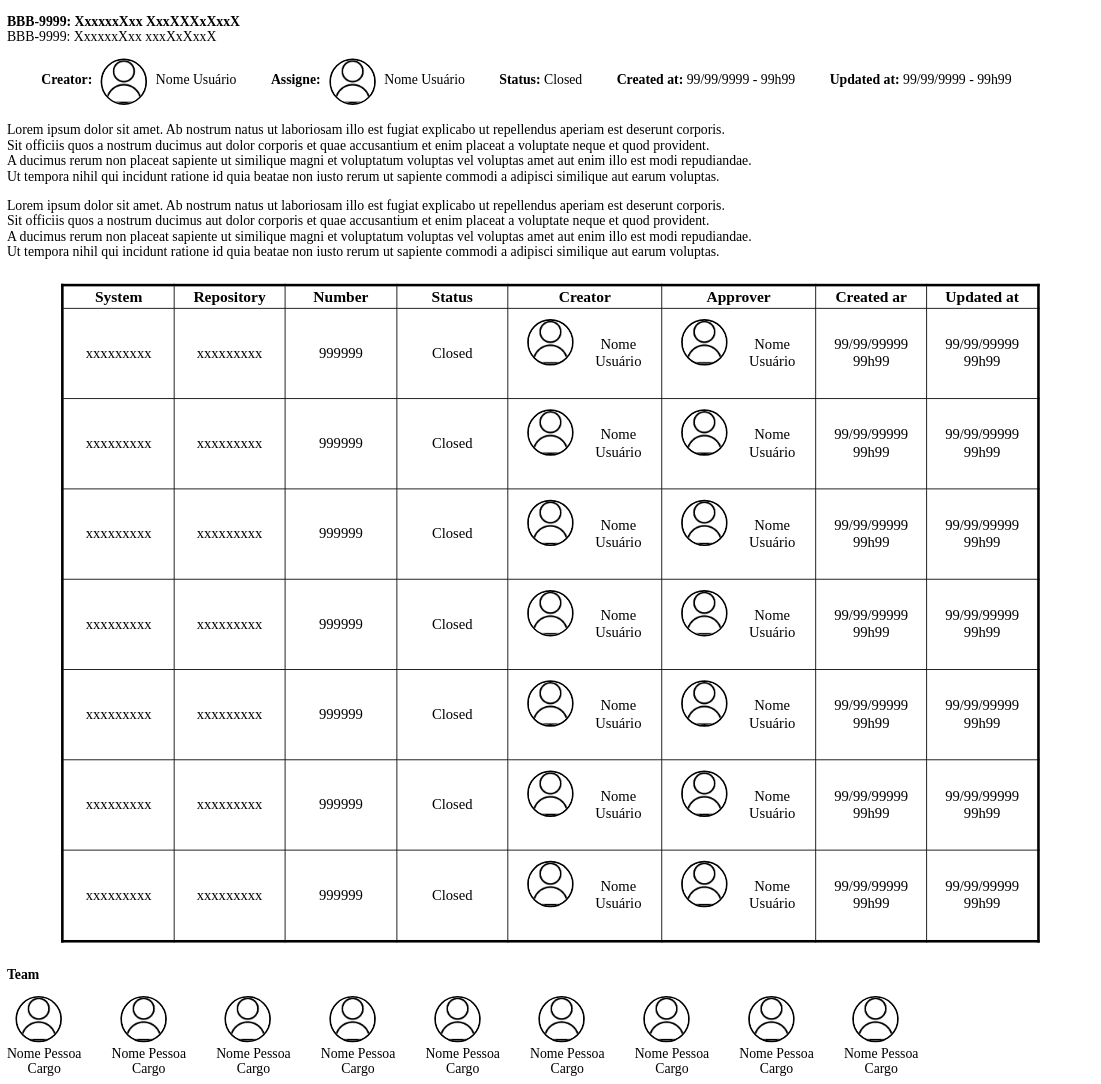
Repository: AnaBerlanda/PaginaFer
Page: index.html
These files come from the project's save history. The page is drawn as it stood at one moment and after the next save; the edit follows.
The browser window is 1280 px wide. The pictures show the whole page, at 86% of full size.

Above is the page before, as saved 2022-05-23 22:01:12.

### index.html
<!DOCTYPE html>
<html lang="en">
<head>
    <meta charset="UTF-8">
    <meta http-equiv="X-UA-Compatible" content="IE=edge">
    <meta name="viewport" content="width=device-width, initial-scale=1.0">
    <link type="text/css" rel="stylesheet" href="index.css">
    <title>Release</title>
</head>
<body>
    <p>
        <strong>BBB-9999: XxxxxxXxx XxxXXXxXxxX</strong><br>
        BBB-9999: XxxxxxXxx xxxXxXxxX
    </p>
    <div class="container">
        <div class="textos">
        <p class="sub-titulos"><strong>Creator:</strong></p>
        </div>
        <div class="imagem">
            <img src="imagem/Icone-usuario-Png-1024x1024.png">
        </div>
        <div class="nome-usuario">
            <p>Nome Usuário</p>
        </div>
        <div class="textos">
            <p class="sub-titulos"><strong>Assigne:</strong></p>
        </div>
            <div class="imagem">
                <img src="imagem/Icone-usuario-Png-1024x1024.png">
            </div>
            <div class="nome-usuario">
                <p>Nome Usuário</p>
            </div>
        <div class="textos">
            <p class="sub-titulos"><strong>Status:</strong> Closed</p>
        </div>
        <div class="textos">
            <p class="sub-titulos"><strong>Created at:</strong> 99/99/9999 - 99h99</p>
        </div>
        <div class="textos">
            <p class="sub-titulos"><strong>Updated at:</strong> 99/99/9999 - 99h99</p>
        </div>
    </div>
    <p>
        Lorem ipsum dolor sit amet. Ab nostrum natus ut laboriosam illo est fugiat explicabo ut repellendus aperiam est deserunt corporis.<br> Sit officiis quos a nostrum ducimus aut dolor corporis et quae accusantium et enim placeat a voluptate neque et quod provident.<br> A ducimus rerum non placeat sapiente ut similique magni et voluptatum voluptas vel voluptas amet aut enim illo est modi repudiandae.<br> Ut tempora nihil qui incidunt ratione id quia beatae non iusto rerum ut sapiente commodi a adipisci similique aut earum voluptas.
    </p>
    <p>
        Lorem ipsum dolor sit amet. Ab nostrum natus ut laboriosam illo est fugiat explicabo ut repellendus aperiam est deserunt corporis.<br> Sit officiis quos a nostrum ducimus aut dolor corporis et quae accusantium et enim placeat a voluptate neque et quod provident.<br> A ducimus rerum non placeat sapiente ut similique magni et voluptatum voluptas vel voluptas amet aut enim illo est modi repudiandae.<br> Ut tempora nihil qui incidunt ratione id quia beatae non iusto rerum ut sapiente commodi a adipisci similique aut earum voluptas.
    </p>
    <table class="tabela">
        <tr>
            <th>System</th>
            <th>Repository</th>
            <th>Number</th>
            <th>Status</th>
            <th>Creator</th>
            <th>Approver</th>
            <th>Created ar</th>
            <th>Updated at</th>
        </tr>
        <tr>
            <td>xxxxxxxxx</td>
            <td>xxxxxxxxx</td>
            <td>999999</td>
            <td>Closed</td>
            <td>
                <div class="tabela-imagem">
                    <div class="imagem">
                    <img src="imagem/Icone-usuario-Png-1024x1024.png">
                    </div>
                <div class="textos">
                    <p class="nome">Nome Usuário</p>
                </div>
                </div>
            </td>
            <td>
                <div class="tabela-imagem">
                    <div class="imagem">
                    <img src="imagem/Icone-usuario-Png-1024x1024.png">
                    </div>
                <div class="textos">
                    <p class="nome">Nome Usuário</p>
                </div>
                </div>
            </td>
            <td>99/99/99999 99h99</td>
            <td>99/99/99999 99h99</td>
        </tr>
        <tr>
            <td>xxxxxxxxx</td>
            <td>xxxxxxxxx</td>
            <td>999999</td>
            <td>Closed</td>
            <td>
                <div class="tabela-imagem">
                    <div class="imagem">
                    <img src="imagem/Icone-usuario-Png-1024x1024.png">
                    </div>
                <div class="textos">
                    <p class="nome">Nome Usuário</p>
                </div>
                </div>
            </td>
            <td>
                <div class="tabela-imagem">
                    <div class="imagem">
                    <img src="imagem/Icone-usuario-Png-1024x1024.png">
                    </div>
                <div class="textos">
                    <p class="nome">Nome Usuário</p>
                </div>
                </div>
            </td>
            <td>99/99/99999 99h99</td>
            <td>99/99/99999 99h99</td>
        </tr>
        <tr>
            <td>xxxxxxxxx</td>
            <td>xxxxxxxxx</td>
            <td>999999</td>
            <td>Closed</td>
            <td>
                <div class="tabela-imagem">
                    <div class="imagem">
                    <img src="imagem/Icone-usuario-Png-1024x1024.png">
                    </div>
                <div class="textos">
                    <p class="nome">Nome Usuário</p>
                </div>
                </div>
            </td>
            <td>
                <div class="tabela-imagem">
                    <div class="imagem">
                    <img src="imagem/Icone-usuario-Png-1024x1024.png">
                    </div>
                <div class="textos">
                    <p class="nome">Nome Usuário</p>
                </div>
                </div>
            </td>
            <td>99/99/99999 99h99</td>
            <td>99/99/99999 99h99</td>
        </tr>
        <tr>
            <td>xxxxxxxxx</td>
            <td>xxxxxxxxx</td>
            <td>999999</td>
            <td>Closed</td>
            <td>
                <div class="tabela-imagem">
                    <div class="imagem">
                    <img src="imagem/Icone-usuario-Png-1024x1024.png">
                    </div>
                <div class="textos">
                    <p class="nome">Nome Usuário</p>
                </div>
                </div>
            </td>
            <td>
                <div class="tabela-imagem">
                    <div class="imagem">
                    <img src="imagem/Icone-usuario-Png-1024x1024.png">
                    </div>
                <div class="textos">
                    <p class="nome">Nome Usuário</p>
                </div>
                </div>
            </td>
            <td>99/99/99999 99h99</td>
            <td>99/99/99999 99h99</td>
        </tr>
        <tr>
            <td>xxxxxxxxx</td>
            <td>xxxxxxxxx</td>
            <td>999999</td>
            <td>Closed</td>
            <td>
                <div class="tabela-imagem">
                    <div class="imagem">
                    <img src="imagem/Icone-usuario-Png-1024x1024.png">
                    </div>
                <div class="textos">
                    <p class="nome">Nome Usuário</p>
                </div>
                </div>
            </td>
            <td>
                <div class="tabela-imagem">
                    <div class="imagem">
                    <img src="imagem/Icone-usuario-Png-1024x1024.png">
                    </div>
                <div class="textos">
                    <p class="nome">Nome Usuário</p>
                </div>
                </div>
            </td>
            <td>99/99/99999 99h99</td>
            <td>99/99/99999 99h99</td>
        </tr>
        <tr>
            <td>xxxxxxxxx</td>
            <td>xxxxxxxxx</td>
            <td>999999</td>
            <td>Closed</td>
            <td>
                <div class="tabela-imagem">
                    <div class="imagem">
                    <img src="imagem/Icone-usuario-Png-1024x1024.png">
                    </div>
                <div class="textos">
                    <p class="nome">Nome Usuário</p>
                </div>
                </div>
            </td>
            <td>
                <div class="tabela-imagem">
                    <div class="imagem">
                    <img src="imagem/Icone-usuario-Png-1024x1024.png">
                    </div>
                <div class="textos">
                    <p class="nome">Nome Usuário</p>
                </div>
                </div>
            </td>
            <td>99/99/99999 99h99</td>
            <td>99/99/99999 99h99</td>
        </tr>
        <tr>
            <td>xxxxxxxxx</td>
            <td>xxxxxxxxx</td>
            <td>999999</td>
            <td>Closed</td>
            <td>
                <div class="tabela-imagem">
                    <div class="imagem">
                    <img src="imagem/Icone-usuario-Png-1024x1024.png">
                    </div>
                <div class="textos">
                    <p class="nome">Nome Usuário</p>
                </div>
                </div>
            </td>
            <td>
                <div class="tabela-imagem">
                    <div class="imagem">
                    <img src="imagem/Icone-usuario-Png-1024x1024.png">
                    </div>
                <div class="textos">
                    <p class="nome">Nome Usuário</p>
                </div>
                </div>
            </td>
            <td>99/99/99999 99h99</td>
            <td>99/99/99999 99h99</td>
        </tr>
    </table>
    <p><strong>Team</strong></p>
    <div class="imagens-time">
        <div class="imagem">
            <img src="imagem/Icone-usuario-Png-1024x1024.png">
            <p class="nome">Nome Pessoa</p>
            <p class="cargo">Cargo</p>
        </div>
        <div class="imagem">
            <img src="imagem/Icone-usuario-Png-1024x1024.png">
            <p class="nome">Nome Pessoa</p>
            <p class="cargo">Cargo</p>
        </div>
        <div class="imagem">
            <img src="imagem/Icone-usuario-Png-1024x1024.png">
            <p class="nome">Nome Pessoa</p>
            <p class="cargo">Cargo</p>
        </div>
        <div class="imagem">
            <img src="imagem/Icone-usuario-Png-1024x1024.png">
            <p class="nome">Nome Pessoa</p>
            <p class="cargo">Cargo</p>
        </div>
        <div class="imagem">
            <img src="imagem/Icone-usuario-Png-1024x1024.png">
            <p class="nome">Nome Pessoa</p>
            <p class="cargo">Cargo</p>
        </div>
        <div class="imagem">
            <img src="imagem/Icone-usuario-Png-1024x1024.png">
            <p class="nome">Nome Pessoa</p>
            <p class="cargo">Cargo</p>
        </div>
        <div class="imagem">
            <img src="imagem/Icone-usuario-Png-1024x1024.png">
            <p class="nome">Nome Pessoa</p>
            <p class="cargo">Cargo</p>
        </div>
        <div class="imagem">
            <img src="imagem/Icone-usuario-Png-1024x1024.png">
            <p class="nome">Nome Pessoa</p>
            <p class="cargo">Cargo</p>
        </div>
        <div class="imagem">
            <img src="imagem/Icone-usuario-Png-1024x1024.png">
            <p class="nome">Nome Pessoa</p>
            <p class="cargo">Cargo</p>
        </div>

    </div>
    <div class="textos-time">


    </div>

    </div>















</body>
</html>

### index.css
.container{
    display: flex;

}
.imagem img{
    width: 50px;
    height: 50px;
    border-radius: 50%;
    border: 2px solid black;
    margin-left: 10px;
}
.textos{
    margin-left: 40px;
}
.nome-usuario{
    margin-left: 10px;
}
.main-container{
    display: flex;
    justify-content: space-around;
    gap: 10px;
}
table {
    border-collapse: collapse;
    border: 3px solid black;
    width: 90%;
    margin: 28px auto;
    border-radius: 2%;
}
table th{
    border: 1px solid black;
    color:black;
    font-size: 18px;
    padding: 2px;

}
table td {
    text-align: center;
    border: 1px solid black;
    color: black;
    font-size: 17px;
    width: 10%;
    padding: 5px;
}
.tabela-imagem{
    display:flex
}
.tabela-imagem .textos{
    margin: 10px;
}
.tabela-imagem .imagem{
    margin: 7px;
    text-align: center;
}
.imagens-time{
display: flex;
}
.imagens-time{
    display: flex;
    gap: 35px;
}
.imagens-time .imagem p{
    margin: 0;
    padding: 0;
    text-align: center;
}

After the next save:
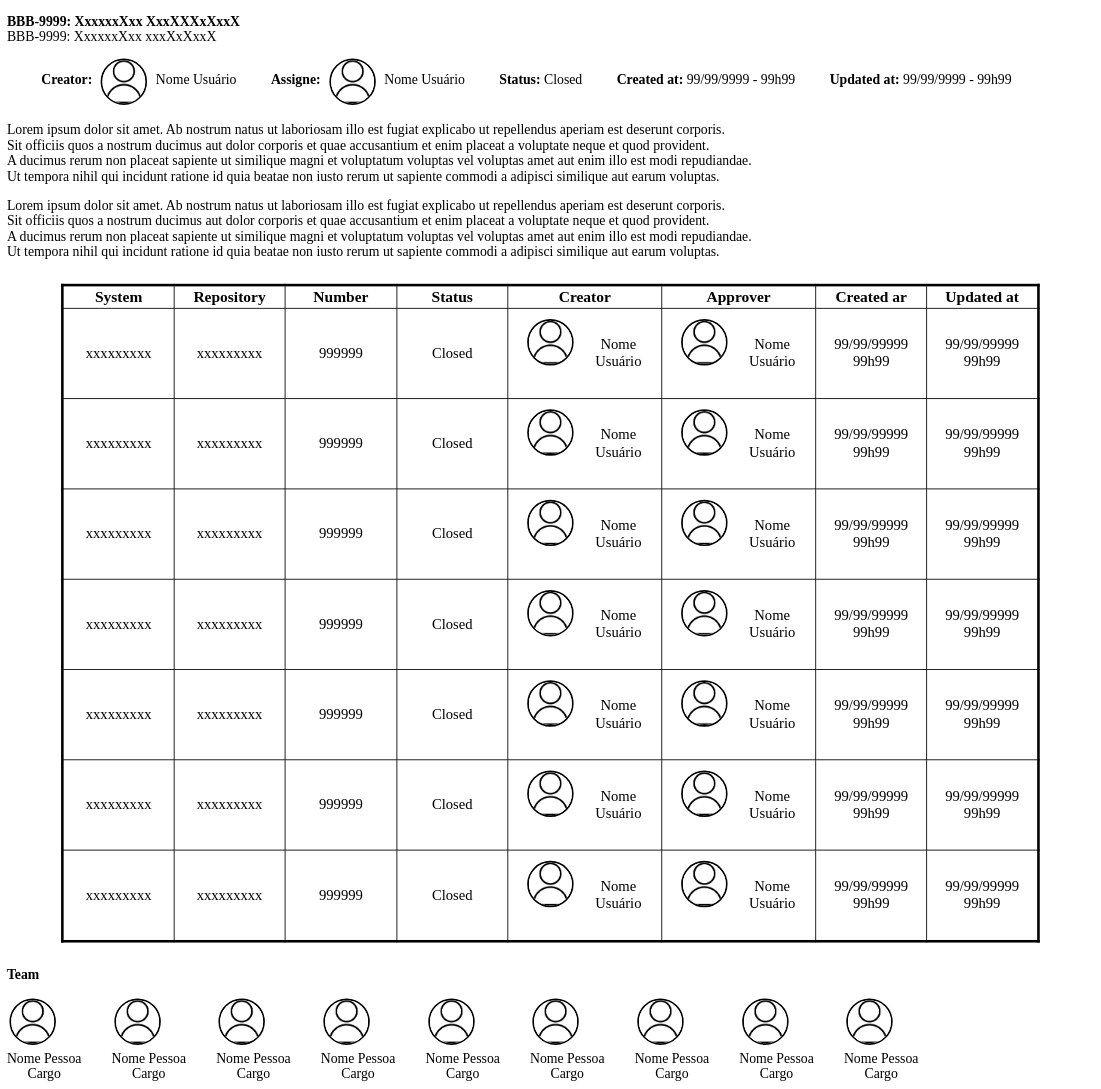
Saved 2 min 26 s later.
--- a/index.css
+++ b/index.css
@@ -52,8 +52,9 @@ table td {
     margin: 7px;
     text-align: center;
 }
-.imagens-time{
-display: flex;
+.imagens-time .imagem img{
+    margin: 3px;
+
 }
 .imagens-time{
     display: flex;
